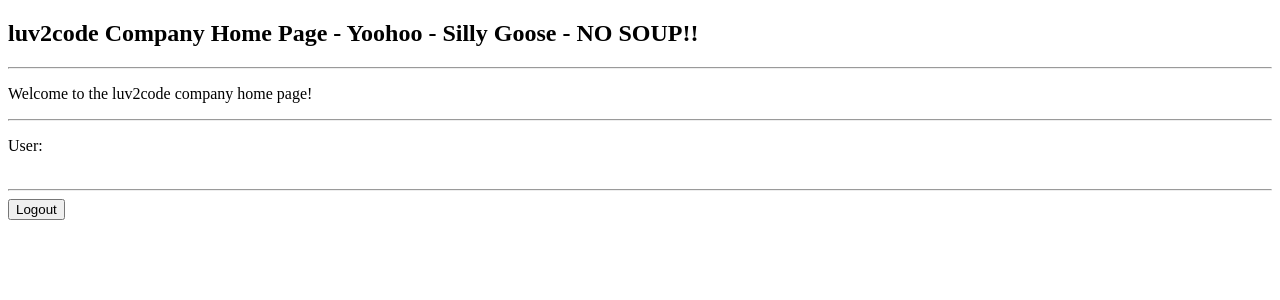
Repository: shinjuno123/spring-security
Page: http://localhost/spring-security-demo-07-user-roles/WEB-INF/view/home.jsp
An editor plug-in stored every save of this project. The page is shown before and after the next save, followed by the edit.
The browser window is 1280 px wide. The pictures show the whole page.
The page is served by Tomcat 9. Nobody is signed in. Other server files are loaded and not shown. The template is opened directly, without the code that normally fills it, so the values that code supplies are empty.

Above is the page before, as saved 2023-01-11 17:11:30.

### spring-security-demo-07-user-roles/src/main/webapp/WEB-INF/view/home.jsp
<%@ taglib prefix="form" uri="http://www.springframework.org/tags/form"%>
<%@ taglib prefix="security" uri="http://www.springframework.org/security/tags"%>

<!DOCTYPE html>
<html>
<head>
	<title>luv2code Company Home Page</title>
</head>
<body>
	<h2>luv2code Company Home Page - Yoohoo - Silly Goose - NO SOUP!!</h2>
	<hr>

	<p>
	Welcome to the luv2code company home page!
	</p>

	<hr>

	<!-- display user name and role -->
	<p>
		User: <security:authentication property="principal.username"/>
		<br><br>
	</p>

	<hr>

	<!-- Add a logout button -->
	<form:form action="${pageContext.request.contextPath}/logout" method="POST">
		<input type="submit" value="Logout" />
	</form:form>

</body>
</html>

After the next save:
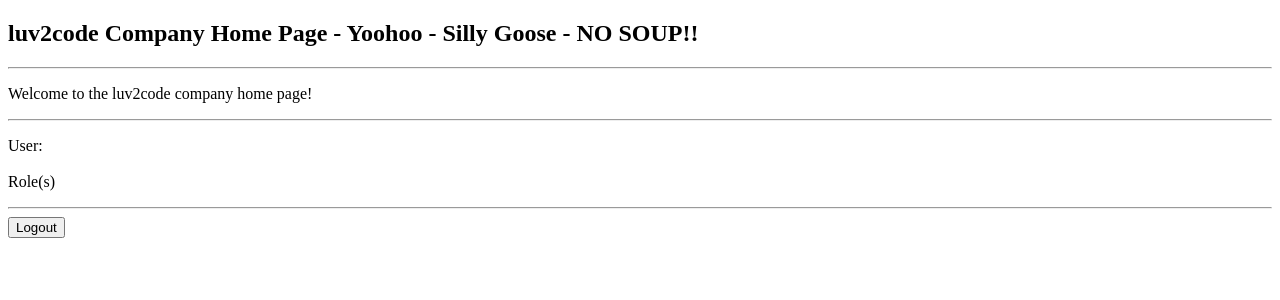
Saved 12 s later.
--- a/spring-security-demo-07-user-roles/src/main/webapp/WEB-INF/view/home.jsp
+++ b/spring-security-demo-07-user-roles/src/main/webapp/WEB-INF/view/home.jsp
@@ -20,6 +20,7 @@
 	<p>
 		User: <security:authentication property="principal.username"/>
 		<br><br>
+		Role(s)
 	</p>
 
 	<hr>
